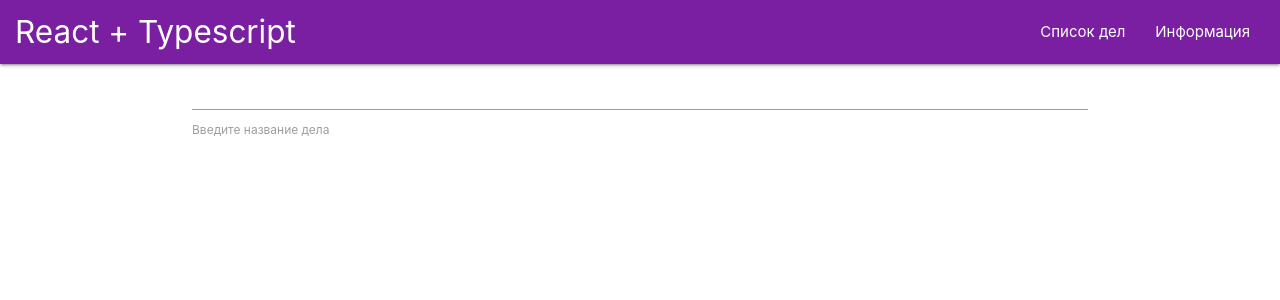
Repository: tsydikov/react_typescript_todo
Page: /
These files come from the project's save history. The page is drawn as it stood at one moment and after the next save; the edit follows.
The browser window is 1280 px wide. The pictures show the whole page.
The project was rebuilt for these pictures with package versions that can differ from the ones it lists, and the page was loaded fresh each time.

Above is the page before, as saved 2021-08-11 17:59:24.

### src/index.css
body {
  margin: 0;
  font-family: -apple-system, BlinkMacSystemFont, 'Segoe UI', 'Roboto', 'Oxygen',
    'Ubuntu', 'Cantarell', 'Fira Sans', 'Droid Sans', 'Helvetica Neue',
    sans-serif;
  -webkit-font-smoothing: antialiased;
  -moz-osx-font-smoothing: grayscale;
}

code {
  font-family: source-code-pro, Menlo, Monaco, Consolas, 'Courier New',
    monospace;
}

.px1 {
  padding-left: 1rem;
  padding-right: 1rem;
}

### src/App.tsx
import React from 'react';
import { Navbar } from './components/Navbar';
import { TodoForm } from './components/TodoForm';


const App: React.FC = () => {
  return (
    <>
      <Navbar />
      <div className="container">

        <TodoForm />

      </div>
    </>
  )
}

export default App;

### src/components/Navbar.tsx
import React from 'react'

export const Navbar: React.FC = () => (
    <nav>
    <div className="nav-wrapper purple darken-2 px1">
      <a href="/" className="brand-logo">React + Typescript</a>
      <ul className="right hide-on-med-and-down">
        <li><a href="/">Список дел</a></li>
        <li><a href="/">Информация</a></li>
      </ul>
    </div>
  </nav>
)

### src/components/TodoForm.tsx
import React from 'react'

export const TodoForm: React.FC = () => {

    return (
        <div className="imput-field mt2">
            <input type="text" id="title" />
            <label htmlFor="title" className="active">
                Введите название дела
            </label>
        </div>
    )
}

Loaded but not shown: public/index.html (common file); src/index.js (common file); src/reportWebVitals.js (common file)

After the next save:
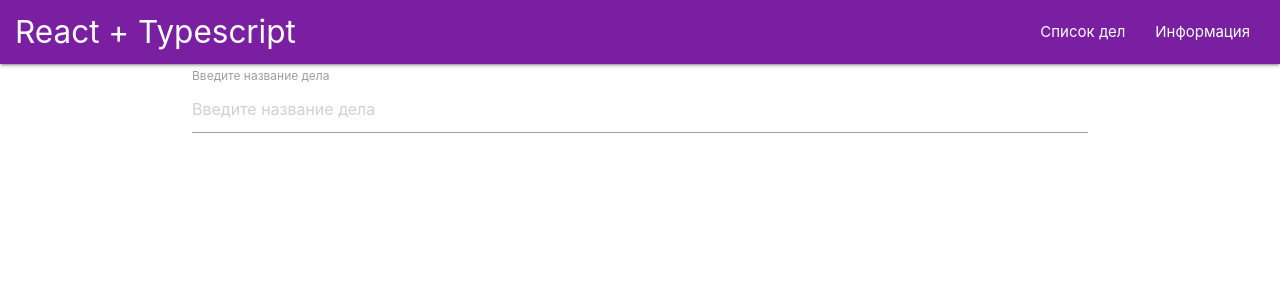
Saved 63 s later.
--- a/src/components/TodoForm.tsx
+++ b/src/components/TodoForm.tsx
@@ -4,10 +4,11 @@ export const TodoForm: React.FC = () => {
 
     return (
         <div className="imput-field mt2">
-            <input type="text" id="title" />
             <label htmlFor="title" className="active">
                 Введите название дела
             </label>
+            <input type="text" id="title" placeholder="Введите название дела" />
+
         </div>
     )
 }
